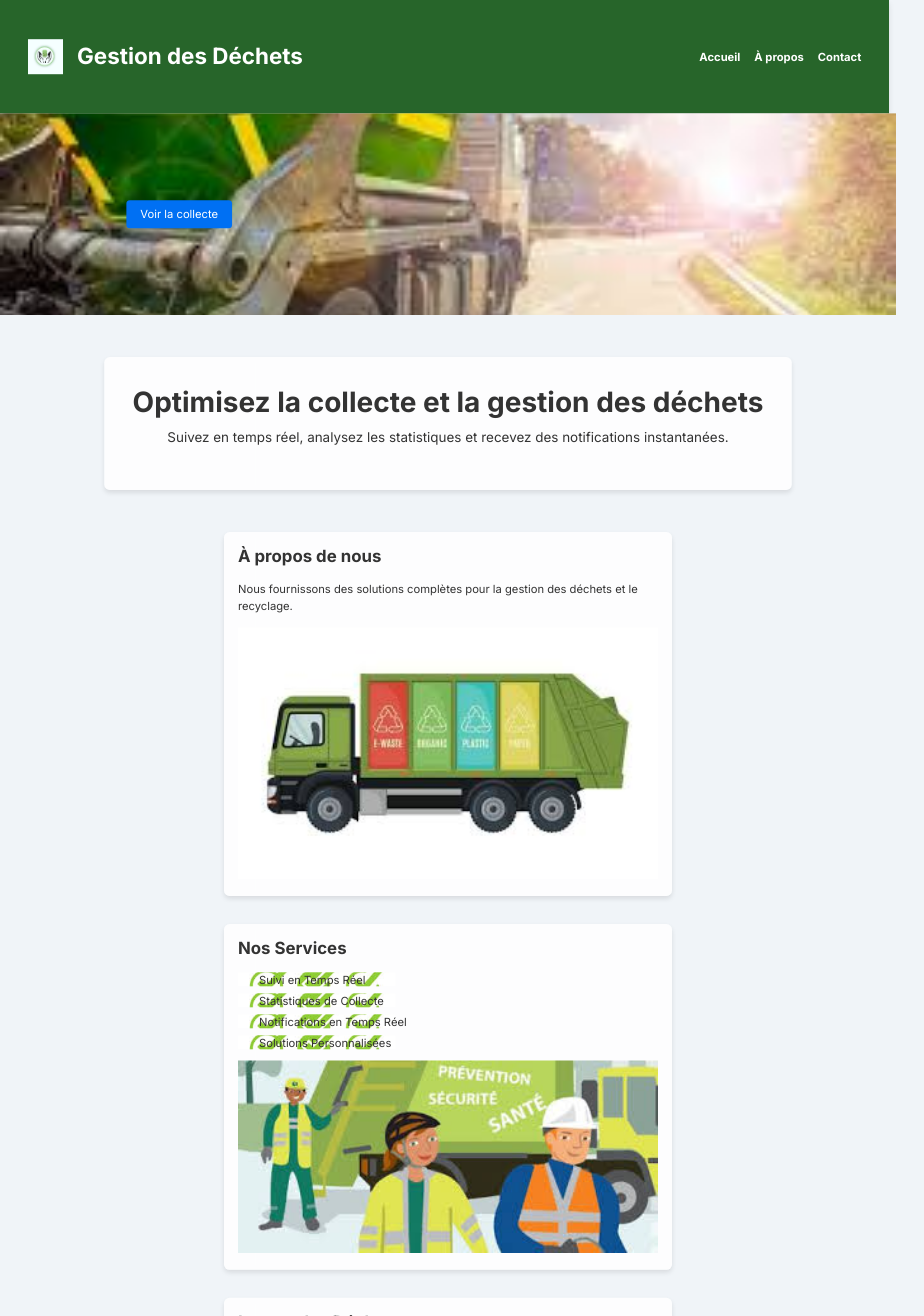
Repository: SystemInfoGeo/QGISproject
Page: / (app in NEXT/)
An editor plug-in stored every save of this project. The page is shown before and after the next save, followed by the edit.
The browser window is 1280 px wide. The page is 1320 px wide, so the pictures cover 1320 px, including what lies to the right of the window. The pictures show the part of the page from y = 0 to 1880 px (the page is 2619 px tall before and 2763 px after), at 70% of full size.
The project was rebuilt for these pictures with package versions that can differ from the ones it lists, and the page was loaded fresh each time. The framework's server and built-in components were replaced by stand-ins that run in the browser. Also part of the build but not shown: NEXT/next.config.mjs.

Above is the page before, as saved 2024-06-21 17:28:48.

### NEXT/app/layout.tsx
import type { Metadata } from 'next';
import { Inter } from 'next/font/google';
import './globals.css';

const inter = Inter({ subsets: ['latin'] });

export const metadata: Metadata = {
  title: 'Gestion de la Collecte des Déchets',
  description: 'Application de gestion de la collecte des déchets',
};

export default function RootLayout({
  children,
}: Readonly<{
  children: React.ReactNode;
}>) {
  return (
    <html lang="fr">
      <body className={inter.className}>{children}</body>
    </html>
  );
}

### NEXT/app/page.tsx
'use client';

import { useRouter } from 'next/navigation';
import Image from 'next/image';
import styles from './page.module.css';

export default function Home() {
  const router = useRouter();

  const navigateToCollect = () => {
    router.push('collect');
  };

  return (
    <div className={styles.container}>
      <header className={styles.header}>
        <div className={styles.logoContainer}>
          <Image src="/images/logo.jpg" alt="Logo" width={50} height={50} />
          <h1>Gestion des Déchets</h1>
        </div>
        <nav className={styles.nav}>
          <ul>
            <li><a href="#">Accueil</a></li>
            <li><a href="#about">À propos</a></li>
            <li><a href="#contact">Contact</a></li>
          </ul>
        </nav>
      </header>
      <section className={styles.backgroundSection}>
        <button className={styles.backgroundButton} onClick={navigateToCollect}>Voir la collecte</button>
      </section>
      <main className={styles.main}>
        <section className={styles.hero}>
          <h2>Optimisez la collecte et la gestion des déchets</h2>
          <p>Suivez en temps réel, analysez les statistiques et recevez des notifications instantanées.</p>
        </section>
        <section className={styles.section} id="about">
          <h2>À propos de nous</h2>
          <p>Nous fournissons des solutions complètes pour la gestion des déchets et le recyclage.</p>
          <Image src="/images/img2.jpg" alt="Camion de collecte" width={600} height={400} />
        </section>
        <section className={styles.section} id="services">
          <h2>Nos Services</h2>
          <ul>
            <li>Suivi en Temps Réel</li>
            <li>Statistiques de Collecte</li>
            <li>Notifications en Temps Réel</li>
            <li>Solutions Personnalisées</li>
          </ul>
          <Image src="/images/img1.jpg" alt="Services de gestion des déchets" width={600} height={400} />
        </section>
        <section className={styles.section} id="impact">
          <h2>Impact des Déchets</h2>
          <blockquote>
            "La gestion des déchets est cruciale pour protéger notre environnement et notre santé."
          </blockquote>
          <p>Les déchets non gérés correctement peuvent entraîner des conséquences graves pour l'environnement, notamment la pollution de l'air, de l'eau et des sols. La collecte et le recyclage efficaces des déchets réduisent l'empreinte carbone, préservent les ressources naturelles et protègent la biodiversité.</p>
          <Image src="/images/img3.jpg" alt="Impact des déchets" width={600} height={400} />
        </section>
      </main>
      <footer className={styles.footer} id="contact">
        <p>&copy; 2024 Gestion des Déchets. Tous droits réservés.</p>
        <p>Contact: <a href="mailto:contact@gestiondechets.com">contactez_nous@gestiondechets.com</a></p>
      </footer>
    </div>
  );
}

### NEXT/app/globals.css
/* app/globals.css */

body {
  font-family: Arial, sans-serif;
  margin: 0;
  padding: 0;
  box-sizing: border-box;
  background-color: #f0f4f8;
}

h1, h2, h3 {
  font-family: 'Inter', sans-serif;
}

p {
  line-height: 1.6;
  margin: 0 0 1em;
}

a {
  color: #0070f3;
  text-decoration: none;
}

a:hover {
  text-decoration: underline;
}

img {
  max-width: 100%;
  height: auto;
}

button {
  font-family: 'Inter', sans-serif;
  cursor: pointer;
}

blockquote {
  font-style: italic;
  color: #555;
  border-left: 4px solid #4caf50;
  padding-left: 20px;
  margin: 10px 0;
}

### NEXT/app/page.module.css
/* app/page.module.css */

.container {
  display: flex;
  flex-direction: column;
  min-height: 100vh;
  color: #333;
  position: relative;
  z-index: 1;
}

.header {
  display: flex;
  justify-content: space-between;
  align-items: center;
  padding: 40px;
  background-color: rgba(4, 76, 6, 0.85);
  color: white;
  width: 93%;
  box-shadow: 0 4px 8px rgba(0, 0, 0, 0.1);
  backdrop-filter: blur(5px);
}

.logoContainer {
  display: flex;
  align-items: center;
}

.logoContainer h1 {
  margin-left: 20px;
}

.nav ul {
  list-style: none;
  display: flex;
  gap: 20px;
}

.nav ul li {
  margin: 0;
}

.nav ul li a {
  color: white;
  text-decoration: none;
  font-weight: bold;
}

.nav ul li a:hover {
  text-decoration: underline;
}

.backgroundSection {
  background: url('/images/back.jpeg') no-repeat center center;
  background-size: cover;
  width: 100%;
  height: 40vh;
  display: flex;
  justify-content: center;
  align-items: center;
  position: relative;
}

.backgroundButton {
  position: absolute;
  left: 20%;
  top: 50%;
  transform: translate(-50%, -50%);
  padding: 10px 20px;
  background-color: #0070f3;
  color: #fff;
  border: none;
  cursor: pointer;
  border-radius: 5px;
  font-size: 1em;
}

.backgroundButton:hover {
  background-color: #005bb5;
}

.main {
  padding: 20px;
  flex: 1;
  display: flex;
  flex-direction: column;
  align-items: center;
}

.hero {
  text-align: center;
  margin: 40px 0;
  background: rgba(255, 255, 255, 0.85);
  padding: 40px;
  border-radius: 8px;
  box-shadow: 0 4px 8px rgba(0, 0, 0, 0.1);
}

.hero h2 {
  font-size: 2.5em;
  margin: 0;
}

.hero p {
  font-size: 1.2em;
  margin: 10px 0 20px;
}

.section {
  background: rgba(255, 255, 255, 0.85);
  padding: 20px;
  margin: 20px;
  border-radius: 8px;
  width: 100%;
  max-width: 600px;
  box-shadow: 0 4px 8px rgba(0, 0, 0, 0.1);
}

.section h2 {
  margin-top: 0;
}

.section ul {
  list-style: none;
  padding: 0;
}

.section ul li {
  background: url('/images/check.jpg') no-repeat left center;
  padding-left: 30px;
  margin: 10px 0;
}

.section blockquote {
  font-style: italic;
  color: #555;
  border-left: 4px solid #4caf50;
  padding-left: 20px;
  margin: 10px 0;
}

.button {
  padding: 10px 20px;
  background-color: #0070f3;
  color: #fff;
  border: none;
  cursor: pointer;
  border-radius: 5px;
  font-size: 1em;
}

.button:hover {
  background-color: #005bb5;
}

.footer {
  text-align: center;
  padding: 20px;
  background-color: rgba(51, 51, 51, 0.85);
  color: white;
  width: 100%;
  position: relative;
  z-index: 1;
}

.footer a {
  color: #4caf50;
  text-decoration: none;
}

.footer a:hover {
  text-decoration: underline;
}

After the next save:
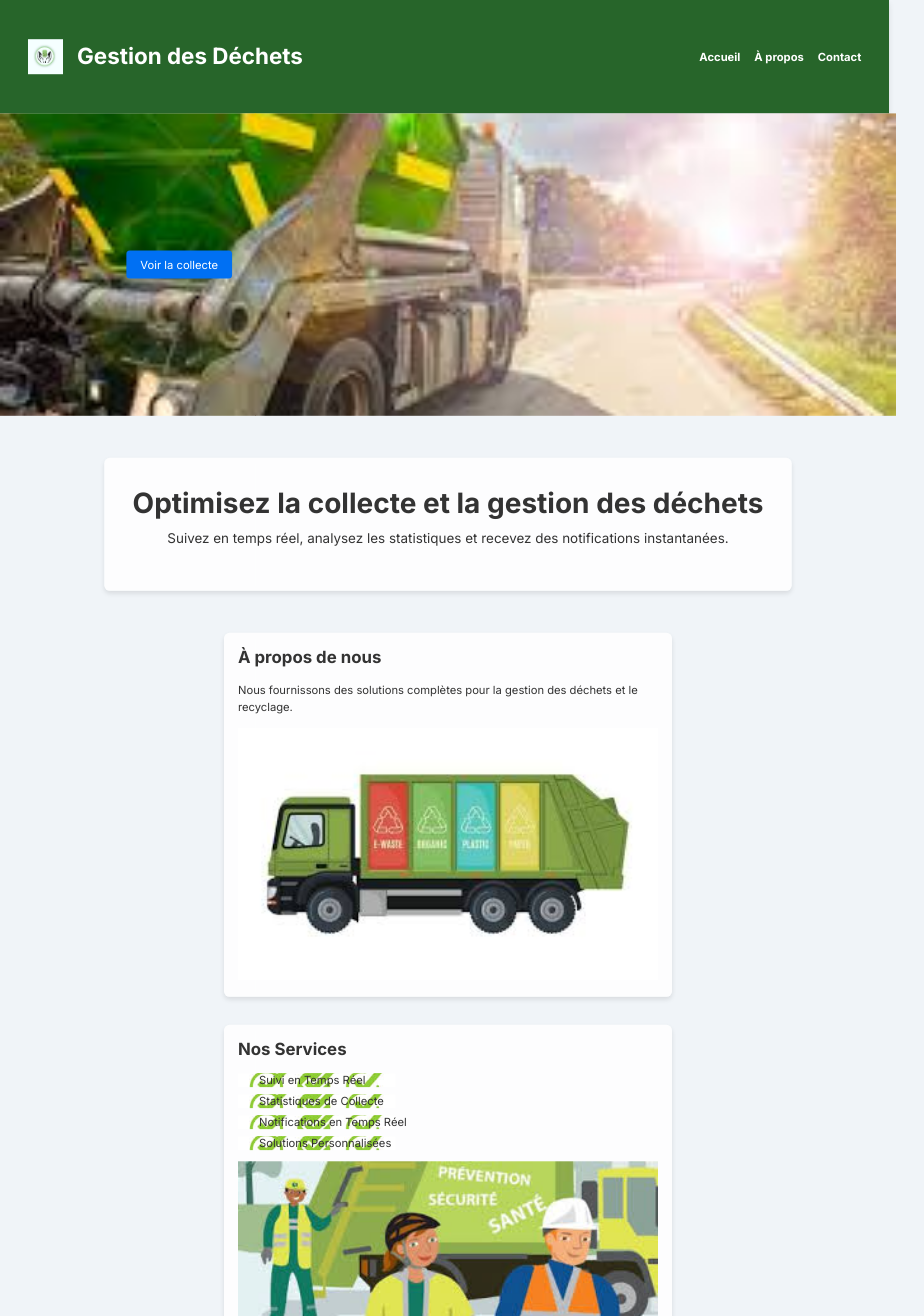
Saved 36 s later.
--- a/NEXT/app/page.module.css
+++ b/NEXT/app/page.module.css
@@ -54,7 +54,7 @@
   background: url('/images/back.jpeg') no-repeat center center;
   background-size: cover;
   width: 100%;
-  height: 40vh;
+  height: 60vh;
   display: flex;
   justify-content: center;
   align-items: center;
